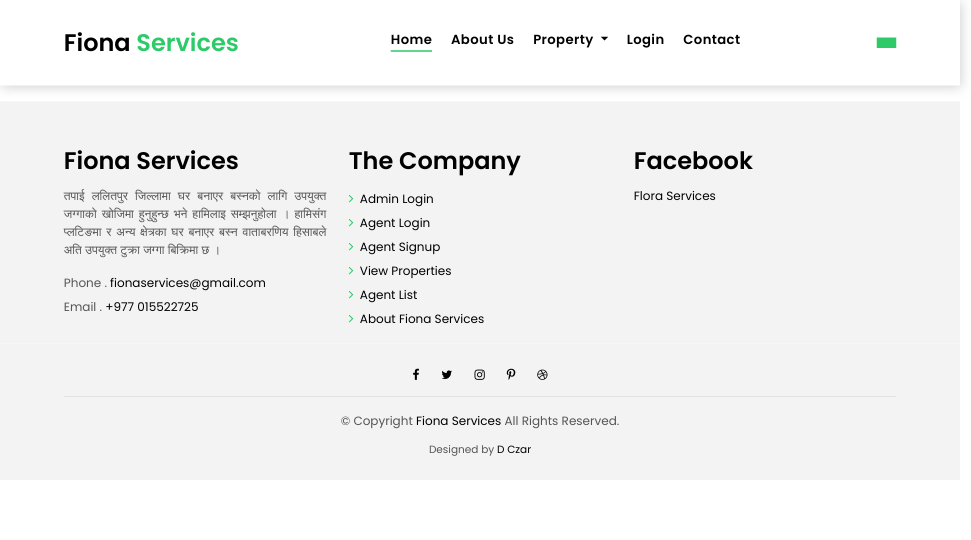
Repository: Sjuicyy/realstate
Page: http://localhost/Add-Property.php
The author's editor kept a copy of each file at every save. The page is drawn from the files as they stood at one save, then again after the next save.
The browser window is 1280 px wide. The page is 1280 px wide, then 1295 px, so the pictures cover 1295 px, including what lies to the right of the window. The pictures show the whole page, at 75% of full size.
The page is run by PHP 8.4 with error messages shown; the project is at /var/www/html/.

Above is the page before, as saved 2022-10-13 14:33:26.

After the next save:
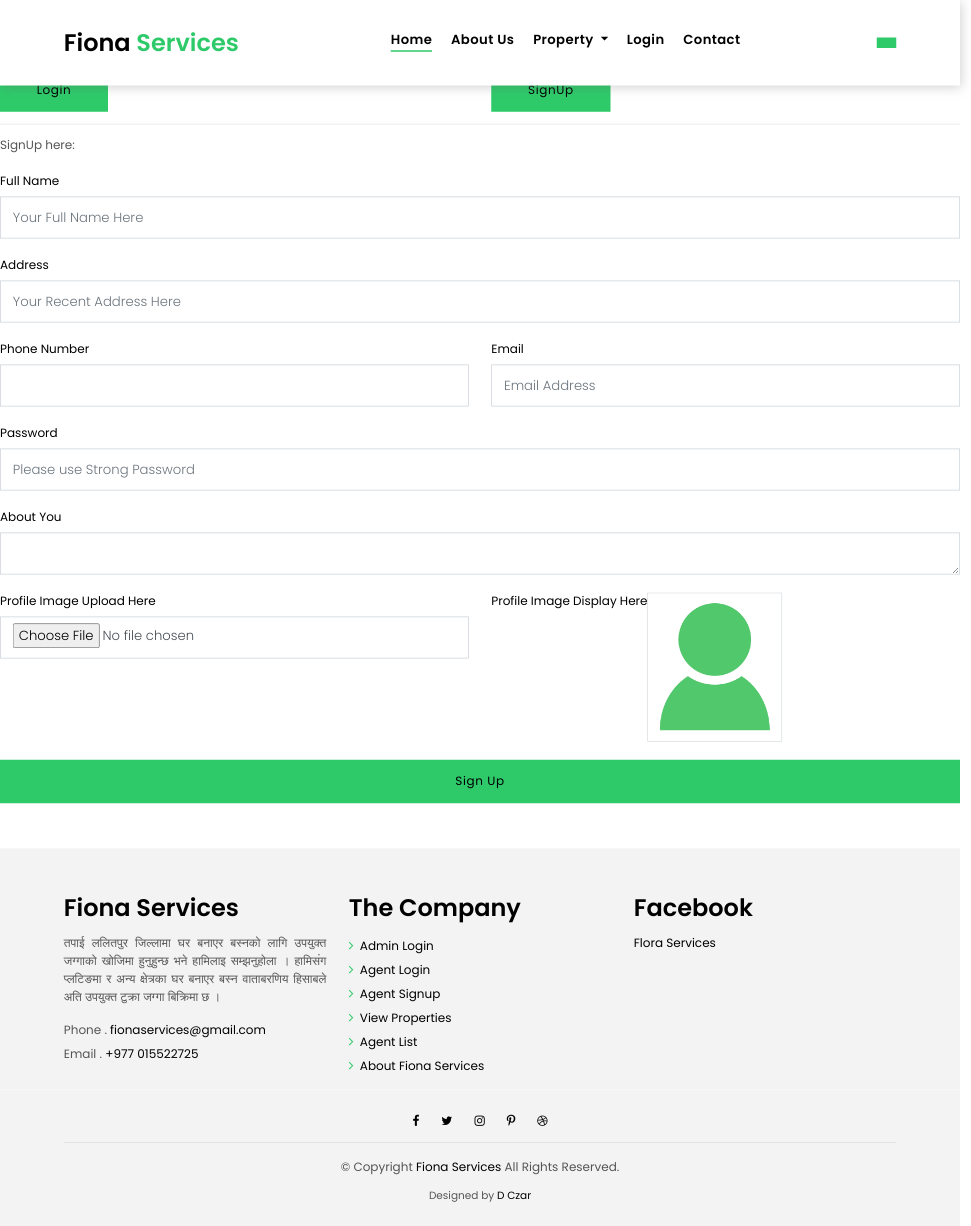
Saved 25 s later.
--- a/Add-Property.php
+++ b/Add-Property.php
@@ -110,7 +110,7 @@
       <h3 class="title-d">Welcome to Agent Space</h3>
     </div>
     <span class=""></span>
-    <div class="box-collapse-wrap form">
+    <div class=" form">
       <div class="row">
         <div class="col">
           <a href="#modal1">
